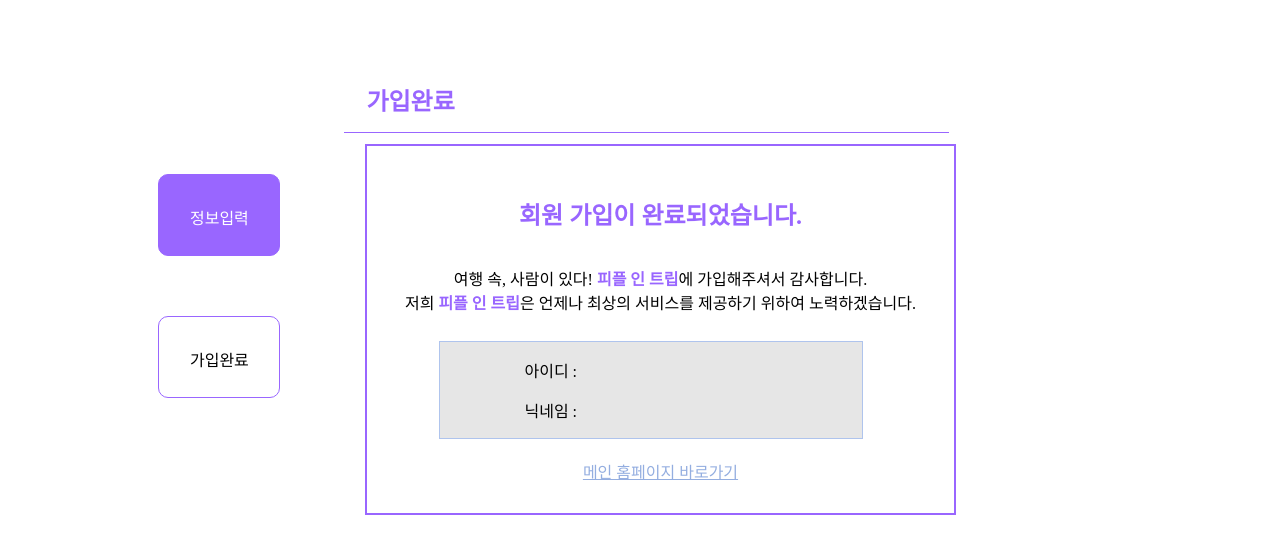
Repository: kimjinmin4535/ezen_loginteam
Page: http://localhost/Ezen_Project/signup/signupcomplete.jsp
The author's editor kept a copy of each file at every save. The page is drawn from the files as they stood at one save, then again after the next save.
The browser window is 1280 px wide. The pictures show the whole page.
The page is served by Tomcat 9.

Above is the page before, as saved 2022-07-06 07:30:16.

After the next save:
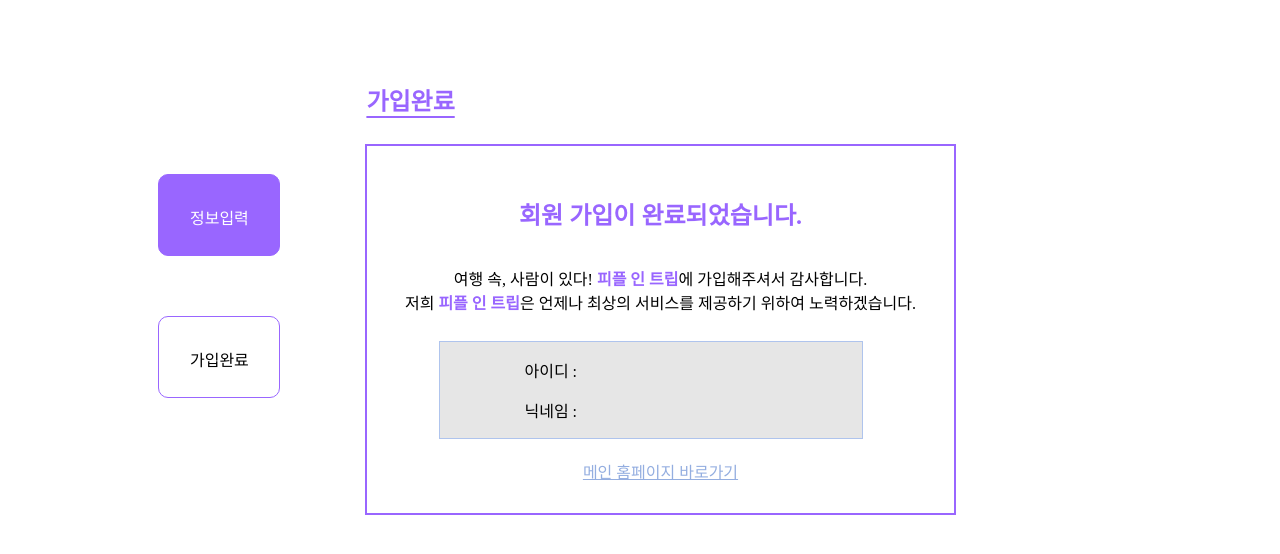
Saved 10 min 59 s later.
--- a/Ezen_Project/src/main/webapp/resources/css/signup/signup.css
+++ b/Ezen_Project/src/main/webapp/resources/css/signup/signup.css
@@ -47,9 +47,12 @@
 	margin-top: 2%;
 	color: #9966ff;
 	font-size: 24px;
+	text-decoration: underline;
+	text-underline-position: under;
+
 }
 
-h3:after {
+/* h3:after {
   	content: "";
  	display: block;
   	width: 650%;
@@ -57,7 +60,7 @@
   	margin: 10% 0px;
   	padding: 0px 0px 0px 30px;
 	margin: 15px -23px 0px -22px;
-}
+} */
 
 
 .signupcomplete_msg > h2 {
